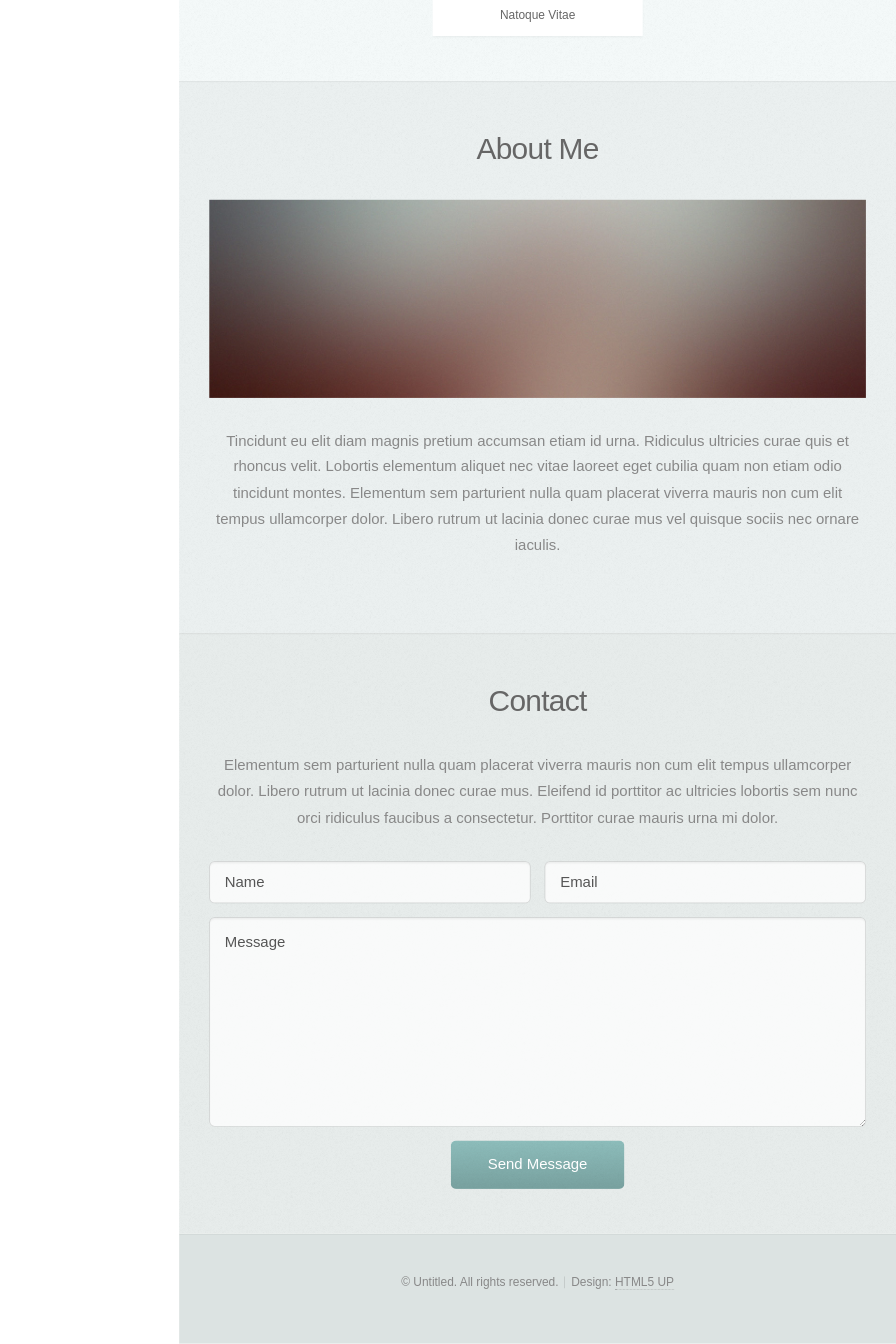
Repository: SainaPatel/cancer-care
Page: cancer-care/views/index.html
An editor plug-in stored every save of this project. The page is shown before and after the next save, followed by the edit.
The browser window is 1280 px wide. The pictures show the part of the page from y = 1458 to 3378 px (the page is 3378 px tall before and 3338 px after), at 70% of full size.
Some web fonts or font styles are not loaded; a fallback is used.

Above is the page before, as saved 2017-04-07 03:22:23.

After the next save:
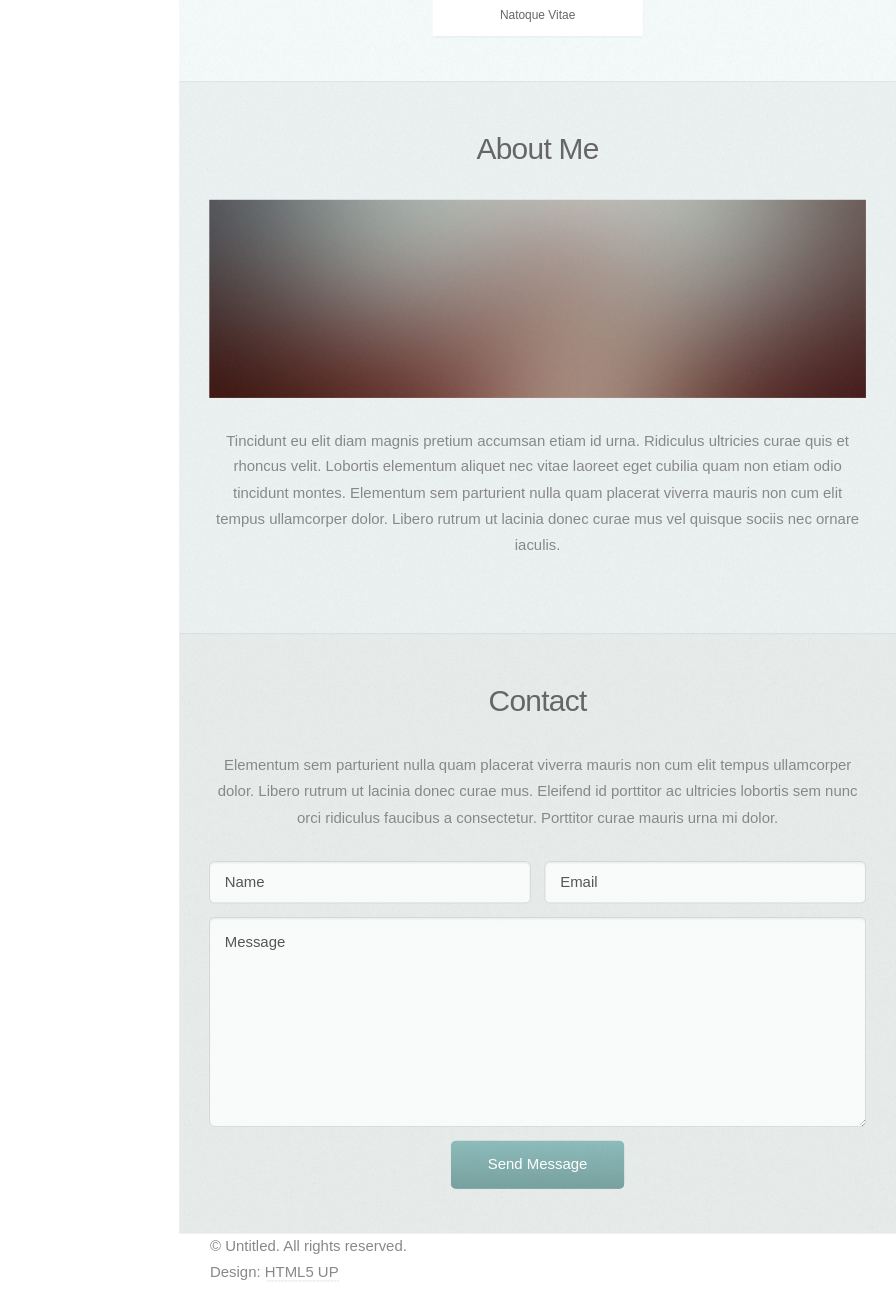
Saved 25 s later.
--- a/cancer-care/views/index.html
+++ b/cancer-care/views/index.html
@@ -205,7 +205,7 @@
 			</div>
 
 		<!-- Footer -->
-			<div id="footer">
+			<div id="footer-profile">
 
 				<!-- Copyright -->
 					<ul class="copyright">
